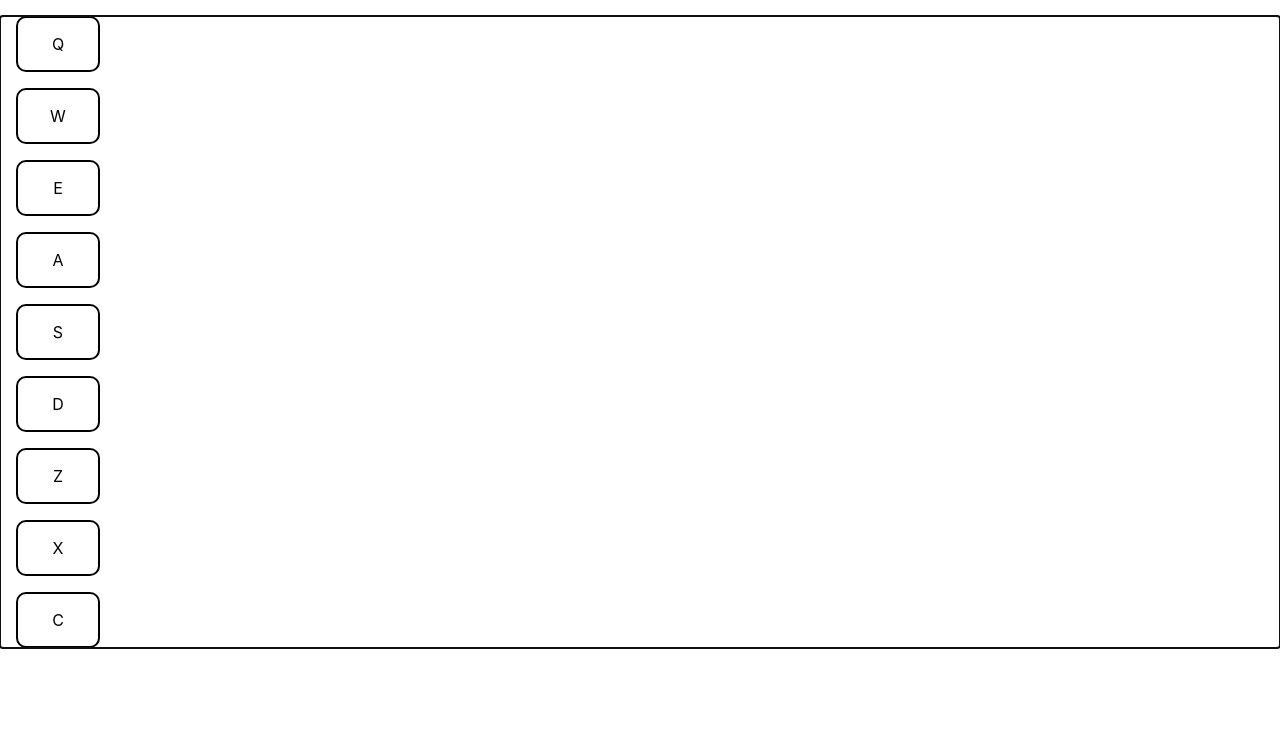
Repository: milac0/drum-machine
Page: /
The author's editor kept a copy of each file at every save. The page is drawn from the files as they stood at one save, then again after the next save.
The browser window is 1280 px wide. The pictures show the whole page.
The project was rebuilt for these pictures with package versions that can differ from the ones it lists, and the page was loaded fresh each time.

Above is the page before, as saved 2019-10-25 17:21:43.

### public/index.html
<!DOCTYPE html>
<html lang="en">
  <head>
    <meta charset="utf-8" />
    <link rel="shortcut icon" href="%PUBLIC_URL%/favicon.ico" />
    <meta name="viewport" content="width=device-width, initial-scale=1" />
    <meta name="theme-color" content="#000000" />
    <!--
      manifest.json provides metadata used when your web app is installed on a
      user's mobile device or desktop. See https://developers.google.com/web/fundamentals/web-app-manifest/
    -->
    <link rel="manifest" href="%PUBLIC_URL%/manifest.json" />
    <!--
      Notice the use of %PUBLIC_URL% in the tags above.
      It will be replaced with the URL of the `public` folder during the build.
      Only files inside the `public` folder can be referenced from the HTML.

      Unlike "/favicon.ico" or "favicon.ico", "%PUBLIC_URL%/favicon.ico" will
      work correctly both with client-side routing and a non-root public URL.
      Learn how to configure a non-root public URL by running `npm run build`.
    -->
    <title>Drum Machine</title>
  </head>
  <body>
    <noscript>You need to enable JavaScript to run this app.</noscript>
    <div id="root"></div>
    <!--
      This HTML file is a template.
      If you open it directly in the browser, you will see an empty page.

      You can add webfonts, meta tags, or analytics to this file.
      The build step will place the bundled scripts into the <body> tag.

      To begin the development, run `npm start` or `yarn start`.
      To create a production bundle, use `npm run build` or `yarn build`.
    -->
    <script src="https://cdn.freecodecamp.org/testable-projects-fcc/v1/bundle.js"></script>
  </body>
</html>

### src/index.css
html {
  height: 100%;
}

body {
  margin: 0;
  padding: 0;
  height: 100%;
  min-height: 100%;
  width: 100%;
  font-family: -apple-system, BlinkMacSystemFont, "Segoe UI", "Roboto", "Oxygen",
    "Ubuntu", "Cantarell", "Fira Sans", "Droid Sans", "Helvetica Neue",
    sans-serif;
  -webkit-font-smoothing: antialiased;
  -moz-osx-font-smoothing: grayscale;
}
#root{
  height: 100%;
}
code {
  font-family: source-code-pro, Menlo, Monaco, Consolas, "Courier New",
    monospace;
}

### src/App.js
import React, { Fragment } from "react";
import "./App.css";
import DrumPad from "./Components/DrumPad";

class App extends React.Component {
  constructor(props) {
    super(props);
    this.references = {};
    this.state = { display: "" };
    this.keyPressRef = React.createRef();
    this.handleClick = this.handleClick.bind(this);
    this.handleKeyDown = this.handleKeyDown.bind(this);
    this.getOrCreateRef = this.getOrCreateRef.bind(this);
    this.setDisplay = this.setDisplay.bind(this);
  }

  componentDidMount() {
    this.keyPressRef.current.focus();
  }

  handleClick = id => {
    // console.log(this.references[id].current);
    this.references[id].current.play();
    this.references[id].current.currentTime = 0;
    this.setDisplay(id);
  };

  handleKeyDown = e => {
    if (this.references.hasOwnProperty(e.key.toUpperCase())) {
      this.references[e.key.toUpperCase()].current.play();
      this.references[e.key.toUpperCase()].current.currentTime = 0;
    }
    this.setDisplay(e.key.toUpperCase());
  };

  setDisplay(id) {
    let display;
    try {
      display = drums.filter(elem => elem.id === id)[0].text;
    } catch {
      display = this.state.display;
    }
    console.log(display);
    this.setState({ display });
  }

  getOrCreateRef(id) {
    if (!this.references.hasOwnProperty(id)) {
      return (this.references[id] = React.createRef());
    } else return this.references[id];
  }

  render() {
    return (
      <Fragment>
      <div
        id="drum-machine"
        ref={this.keyPressRef}
        onKeyDown={this.handleKeyDown}
        tabIndex="0"
      >


        {/* <div id="drum-pads"> */}
          {drums.map((elem, i) => (
            <DrumPad
              name={elem.text}
              ref={this.getOrCreateRef(elem.id)}
              clickHandler={this.handleClick}
              id={elem.id}
              src={elem.src}
              key={i}
            />
          ))}
        {/* </div> */}
      </div>
      <p id="display">{this.state.display}</p>
      </Fragment>
    );
  }
}

const drums = [
  {
    id: "Q",
    text: "hit the nail",
    src:
      "https://sampleswap.org/samples-ghost/DRUMS%20(SINGLE%20HITS)/Kicks/16[kb]808bd.aif.mp3"
  },
  {
    id: "W",
    text: "badong",
    src:
      "https://sampleswap.org/samples-ghost/DRUMS%20(SINGLE%20HITS)/Kicks/152[kb]808bd3.aif.mp3"
  },
  {
    id: "E",
    text: "stop kick",
    src:
      "https://sampleswap.org/samples-ghost/DRUMS%20(SINGLE%20HITS)/Kicks/15[kb]808bd2.aif.mp3"
  },
  {
    id: "A",
    text: "pang",
    src:
      "https://sampleswap.org/samples-ghost/DRUMS%20(SINGLE%20HITS)/Kicks/152[kb]808distbd.aif.mp3"
  },
  {
    id: "S",
    text: "boing",
    src:
      "https://sampleswap.org/samples-ghost/DRUMS%20(SINGLE%20HITS)/Kicks/67[kb]808sub.aif.mp3"
  },
  {
    id: "D",
    text: "absolute insane kikdrum",
    src:
      "https://sampleswap.org/samples-ghost/DRUMS%20(SINGLE%20HITS)/Kicks/69[kb]absolutely-insane-kikdrum.wav.mp3"
  },
  {
    id: "Z",
    text: "absurdistan kick",
    src:
      "https://sampleswap.org/samples-ghost/DRUMS%20(SINGLE%20HITS)/Kicks/34[kb]absurdistan-kick.wav.mp3"
  },
  {
    id: "X",
    text: "backwards in crash",
    src:
      "https://sampleswap.org/samples-ghost/DRUMS%20(SINGLE%20HITS)/Gongs%20and%20Super%20Crashes/61[kb]backwards-in-crash.aif.mp3"
  },
  {
    id: "C",
    text: "cymbals",
    src:
      "https://sampleswap.org/samples-ghost/DRUMS%20(SINGLE%20HITS)/Cymbals/100[kb]curiouscym1.aif.mp3"
  }
];

export default App;

### src/App.css
/* #drum-pads {
  max-width: 40%;
  height: auto;
  margin: 0 auto;
  padding: 10px;
  position: relative;
  margin: 0 auto;
  align-self: auto;
  display: inline-grid;
} */

.drum-machine {
  display: grid;
}

.drum-pad {
  max-width: 80px;
  height: auto;
  margin: 1em;
  border: 2px solid black;
  border-radius: 10px;
  text-align: center;
}

/* #display {
  margin: 0 auto;
  height: 30px;
  width: 200px;
  padding: 10px;
  background: #FDC8C8;
  text-align: center;
}

.drum-pad {
  width: 240px;
  text-align: center;
  border: 1px solid black;
  padding: 1rem 1.5rem;
}

#W {
  grid-column-start: 2;
  grid-column-end: 3;
}

#E {
  grid-column-start: 3;
  grid-column-end: 4;
}

.drum-pad:hover {
  cursor: pointer;
} */

### src/Components/DrumPad.js
import React from "react";

const DrumPad = React.forwardRef((props, ref) => (
  <div
    className="drum-pad"
    id={props.id}
    onClick={() => props.clickHandler(props.id)}
    text={props.name}
  >
    <p>{props.id}</p>
    <audio ref={ref} src={props.src} className="clip" id={props.id}></audio>
  </div>
));

export default DrumPad;

Loaded but not shown: src/index.js (common file)

After the next save:
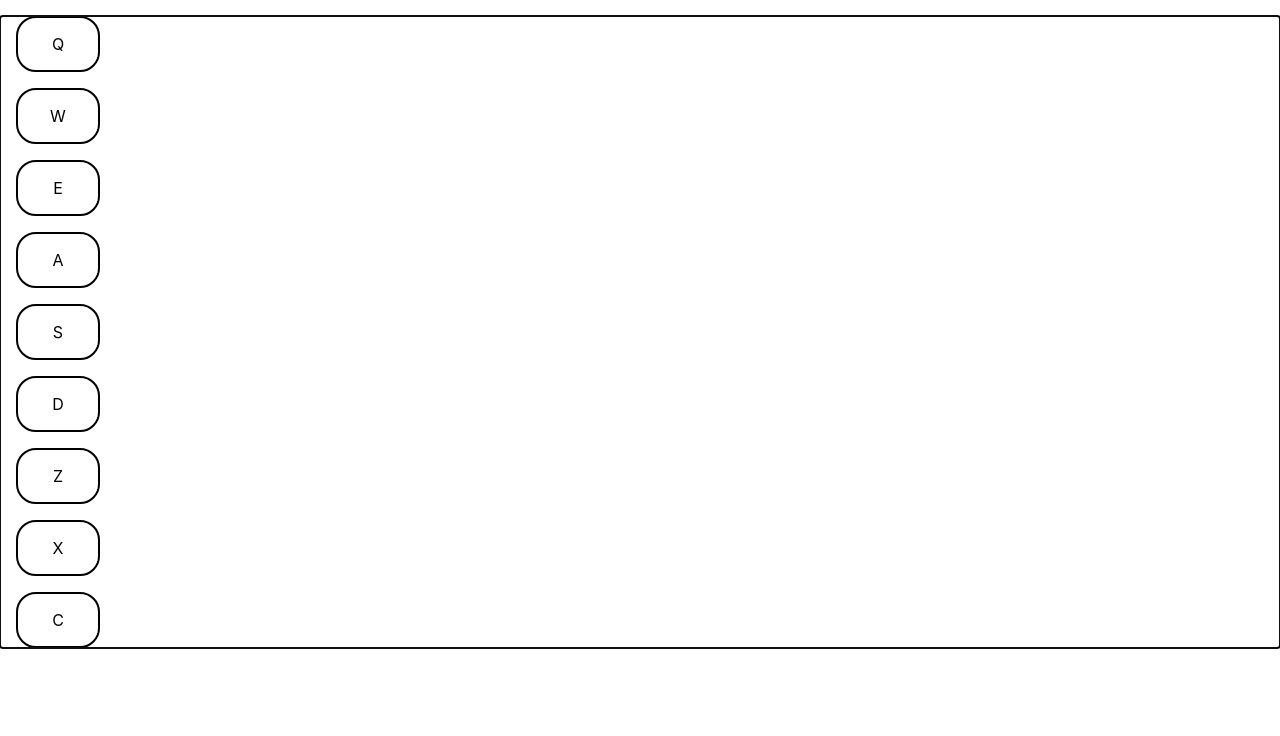
Saved 4 s later.
--- a/src/App.css
+++ b/src/App.css
@@ -18,7 +18,7 @@
   height: auto;
   margin: 1em;
   border: 2px solid black;
-  border-radius: 10px;
+  border-radius: 20px;
   text-align: center;
 }
 
